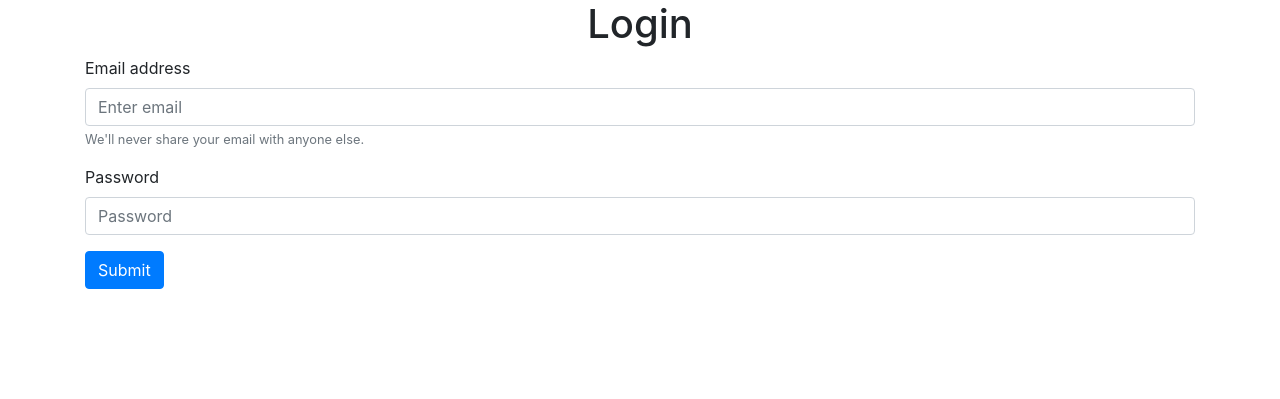
Repository: johan1412/rentme-front
Page: /login
These files come from the project's save history. The page is drawn as it stood at one moment and after the next save; the edit follows.
The browser window is 1280 px wide. The pictures show the whole page.
The project was rebuilt for these pictures with package versions that can differ from the ones it lists, and the page was loaded fresh each time. Also part of the build but not shown: vue.config.js, src/components/form/RegisterForm.vue, src/components/pages/common/auth/RegisterPage.vue, src/components/layout/Footer.vue, src/components/layout/BaseLayout.vue.

Above is the page before, as saved 2022-01-05 03:28:20.

After the next save:
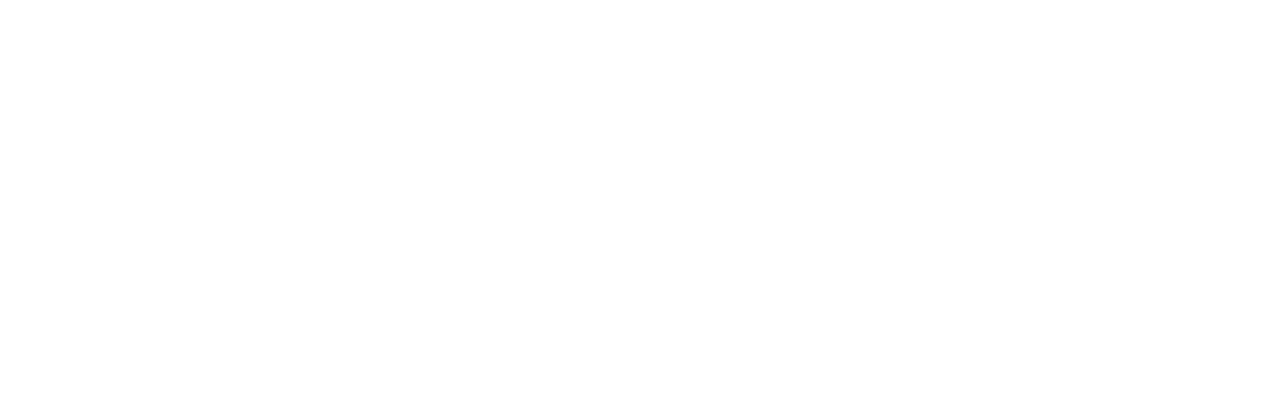
Console error: ReferenceError: NavBar is not defined
Saved 11 s later.
--- a/src/components/pages/common/auth/LoginPage.vue
+++ b/src/components/pages/common/auth/LoginPage.vue
@@ -9,7 +9,7 @@
 import LoginForm from "../../../form/LoginForm.vue";
 
 export default {
-  components: { LoginForm },
+  components: { LoginForm,NavBar },
   name: "LoginPage",
 };
 </script>

After the 4 saves that followed:
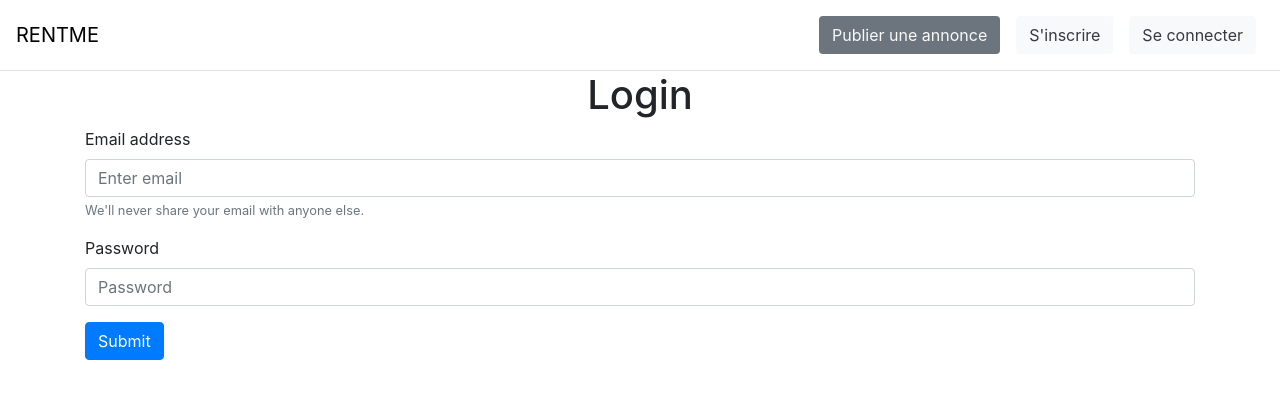
The error is gone.
The 4 saves are shown as one change because 1 did not build or start and 2 left the picture as it was.
The last was saved 81 s later.
--- a/src/components/pages/common/auth/LoginPage.vue
+++ b/src/components/pages/common/auth/LoginPage.vue
@@ -7,6 +7,7 @@
 </template>
 <script>
 import LoginForm from "../../../form/LoginForm.vue";
+import NavBar from "../../../layout/NavBar.vue";
 
 export default {
   components: { LoginForm,NavBar },
